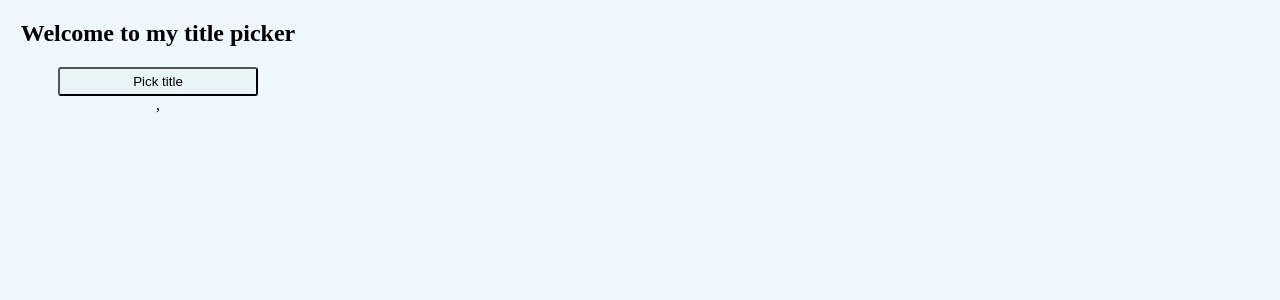
Repository: AishwaryaPandey987/Title-picker
Page: popup.html
An editor plug-in stored every save of this project. The page is shown before and after the next save, followed by the edit.
The browser window is 1280 px wide. The pictures show the whole page.

Above is the page before, as saved 2022-10-19 11:56:46.

After the next save:
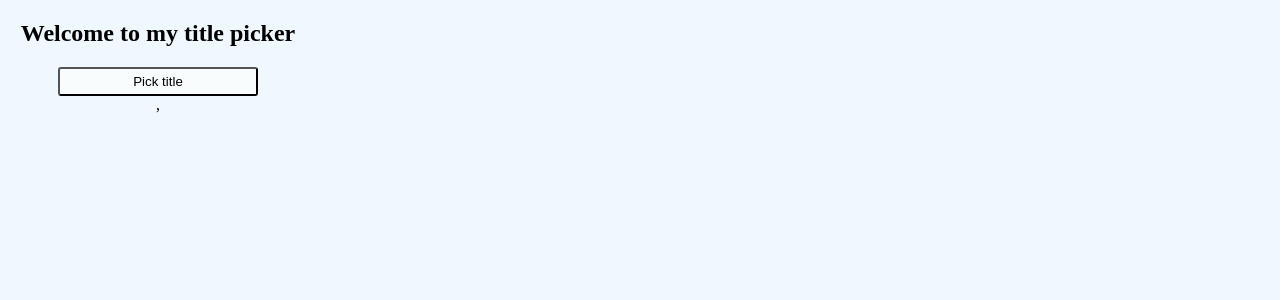
Saved 40 s later.
--- a/popup.css
+++ b/popup.css
@@ -15,7 +15,7 @@ body{
   border-color: black ;
   border-radius: 3px;
   padding: 5px;
-  background-color: rgb(233, 244, 246);
+  background-color: rgb(249, 252, 252);
   cursor: pointer;
 
 }
